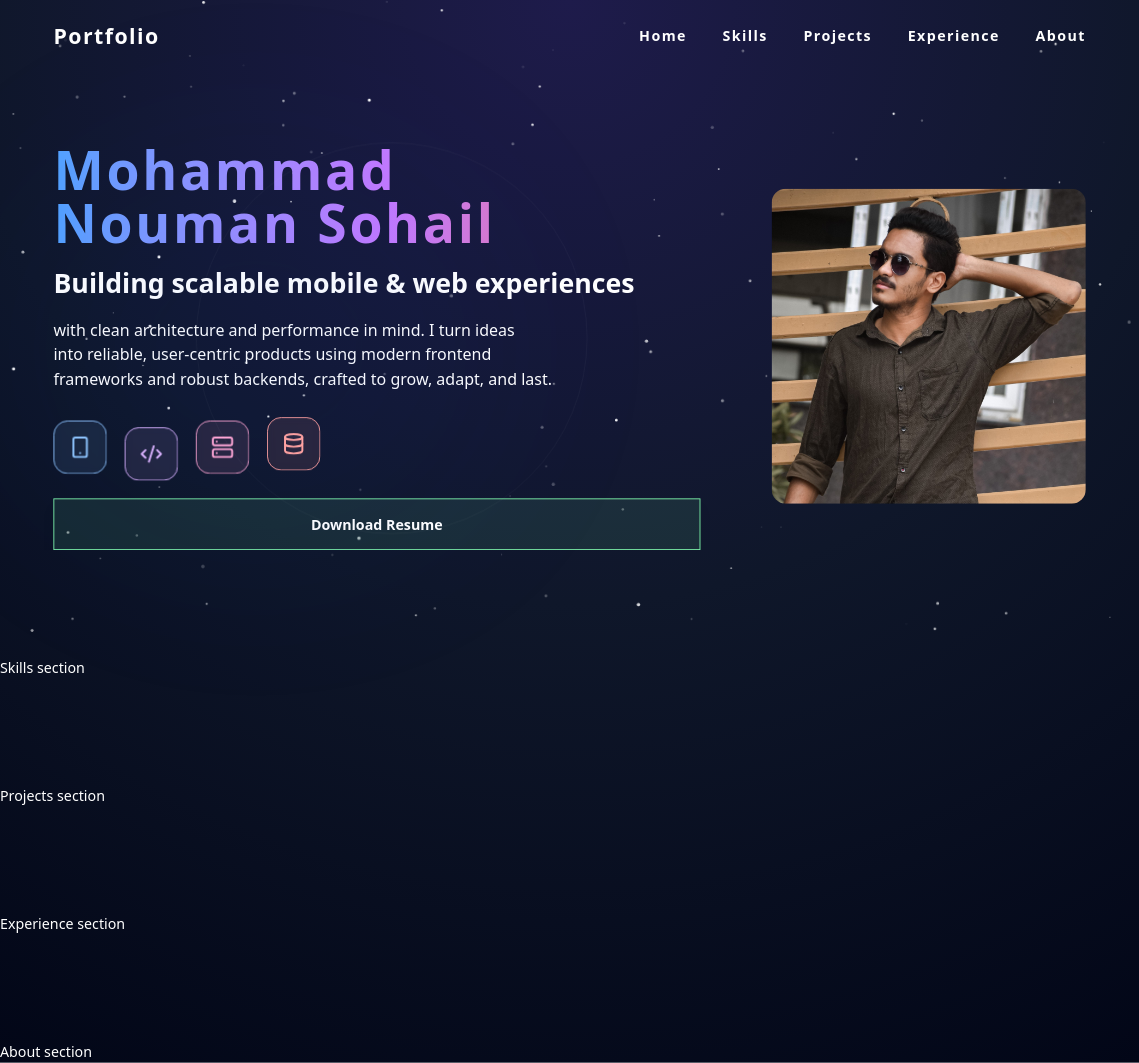
Repository: NoumanSohail/Nouman-Sohail-Portfolio
Page: /
These files come from the project's save history. The page is drawn as it stood at one moment and after the next save; the edit follows.
The browser window is 1280 px wide. The pictures show the whole page, at 89% of full size.
The project was rebuilt for these pictures with package versions that can differ from the ones it lists, and the page was loaded fresh each time. The framework's server and built-in components were replaced by stand-ins that run in the browser. Also part of the build but not shown: next.config.ts.

Above is the page before, as saved 2026-01-24 21:28:47.

After the next save:
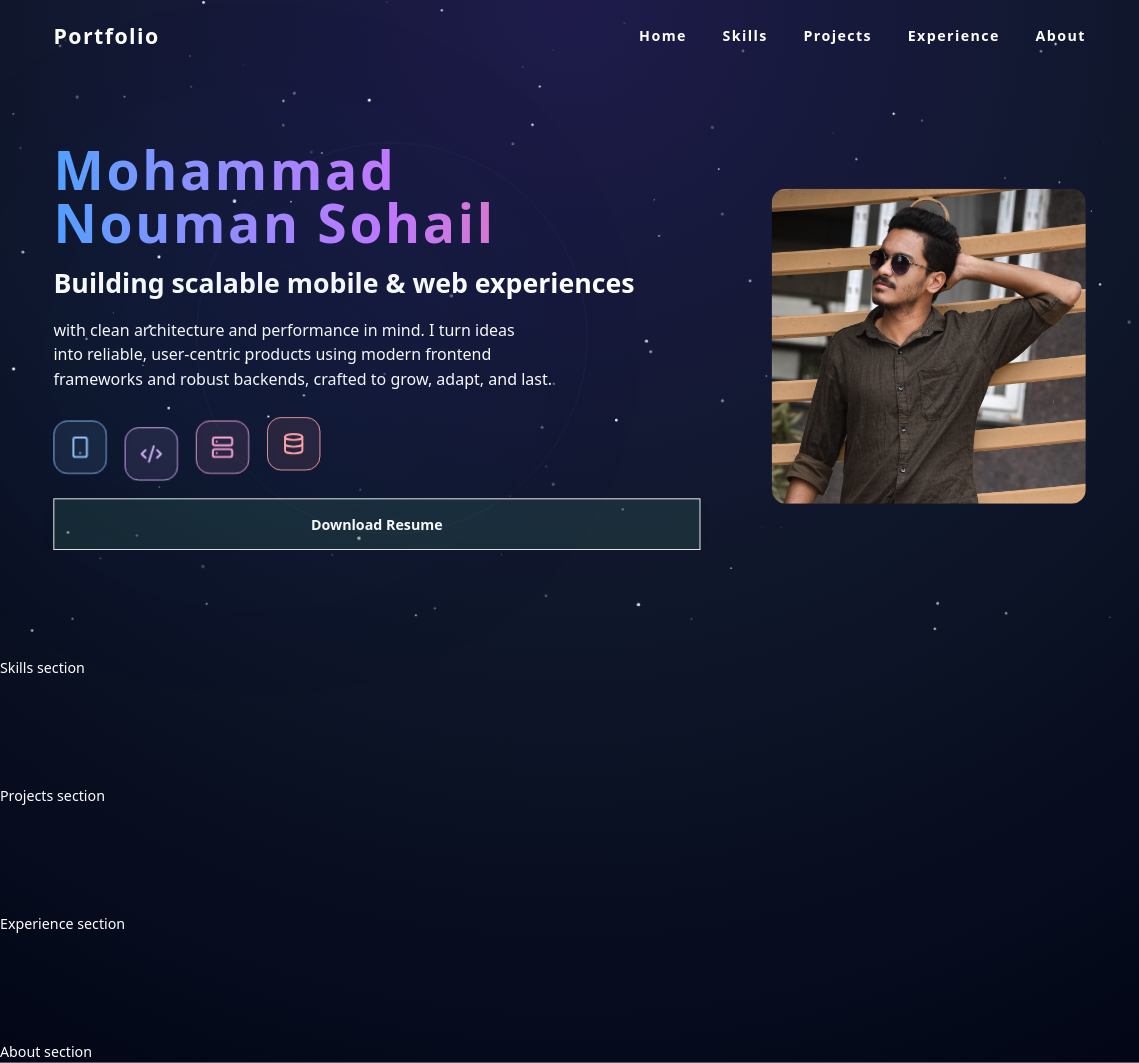
Saved 20 s later.
--- a/app/components/sections/Hero.tsx
+++ b/app/components/sections/Hero.tsx
@@ -84,7 +84,7 @@ const Hero = () => {
               />
             </div>
 
-            <Button title="Download Resume" onClick={() => {}} className="border border-green-300 bg-green-300/10 p-4 w-full" />
+            <Button title="Download Resume" onClick={() => {}} className="border border-white-300 bg-green-300/10 p-4 w-full" />
           </motion.div>
         </div>
 
